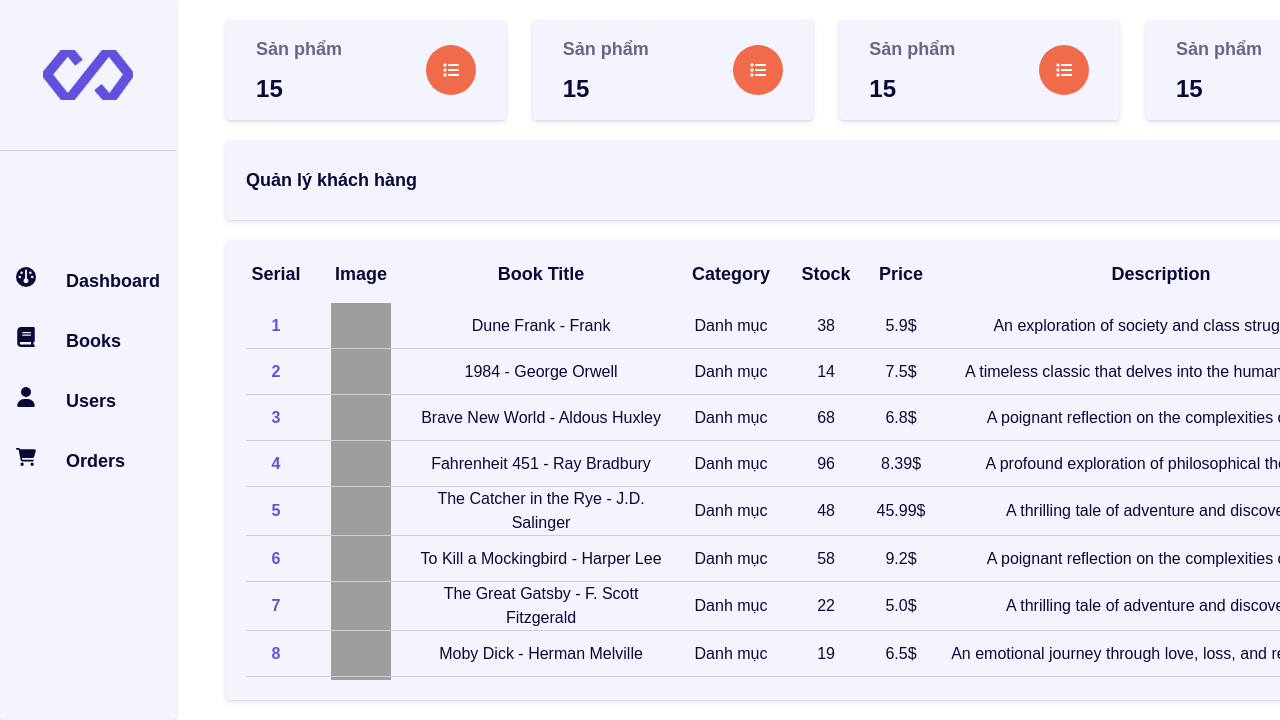
Repository: kauittt/BookStore_FE
Page: / (app in book-store/)
An editor plug-in stored every save of this project. The page is shown before and after the next save, followed by the edit.
The browser window is 1280 px wide. The pictures show the whole page.
Pictures or frames that could not be fetched are drawn as grey boxes. An inner scrolling area shows only its first screen. The project was rebuilt for these pictures with package versions that can differ from the ones it lists, and the page was loaded fresh each time. Also part of the build but not shown: book-store/vite.config.js, book-store/src/components/elements/FormInput.jsx, book-store/src/components/login-signup/Login.jsx, book-store/src/components/book/BookItem.jsx, book-store/src/components/book/BookList.jsx, book-store/src/components/elements/BackNavigation.jsx, book-store/src/components/book/BookDetail.jsx, book-store/src/components/cart/QuantitySelector.jsx and 4 more.

Above is the page before, as saved 2024-07-20 12:35:43.

### book-store/src/App.jsx
import Login from "./components/login-signup/Login";
import BookItem from "./components/book/BookItem";
import BookList from "./components/book/BookList";
import BookDetail from "./components/book/BookDetail";
import CartItem from "./components/cart/CartItem";
import Cart from "./components/cart/Cart";
import Checkout from "./components/checkout/Checkout";
import AdminNav from "./components/admin/AdminNav";
import ManageList from "./components/admin/ManageList";
import AdminPage from "./components/admin/AdminPage";
import Card from "./components/elements/Card";

const App = () => {
    //! Width - Height: 1536 - 703
    //! 270 - 255
    //! Width: 0.9
    //! Height: 0.585

    //* Semibold - Normal
    //* 3xl (Tiêu đề to) - lg (To hơn bình thường) - sm (Chú thích nhỏ) - Normal

    const data = [
        {
            image: "https://nhasachphuongnam.com/images/thumbnails/240/290/detailed/287/con-duong-hoi-giao-tb-2024.jpg",
            price: "5.9",
            name: "Dune Frank ",
            author: "Frank ",
        },
        {
            image: "https://i.pinimg.com/474x/57/70/55/5770553158ceac5870925fd79f9699eb.jpg",
            price: "7.5",
            name: "1984",
            author: "George Orwell",
        },
        {
            image: "https://listsach.com/wp-content/uploads/2020/05/bia-sach-dep-ngoi-nha-nghin-hanh-lang.jpg",
            price: "6.8",
            name: "Brave New World",
            author: "Aldous Huxley",
        },
        {
            image: "https://listsach.com/wp-content/uploads/2020/05/quyen-sach-co-bia-dep-khong-gia-dinh.jpg",
            price: "8.39",
            name: "Fahrenheit 451",
            author: "Ray Bradbury",
        },
        {
            image: "https://salt.tikicdn.com/cache/w1200/ts/product/03/ee/cc/9e91a112fb77049e9167f41ef62f832e.jpeg",
            price: "45.99",
            name: "The Catcher in the Rye",
            author: "J.D. Salinger",
        },
        {
            image: "https://intamphuc.vn/wp-content/uploads/2023/06/mau-bia-sach-dep-4.jpg",
            price: "9.2",
            name: "To Kill a Mockingbird",
            author: "Harper Lee",
        },
        {
            image: "https://vietart.co/blog/wp-content/uploads/2014/01/2_thiet_ke_bia_sach_dep_20.jpg",
            price: "5.0",
            name: "The Great Gatsby",
            author: "F. Scott Fitzgerald",
        },
        {
            image: "https://thegioidohoa.com/wp-content/uploads/2017/08/tong-hop-20-mau-bia-sach-doc-dao-nhat-nam-2017-7.jpg",
            price: "6.5",
            name: "Moby Dick",
            author: "Herman Melville",
        },
        {
            image: "https://encrypted-tbn0.gstatic.com/images?q=tbn:ANd9GcRVxy22da304ThgqLt9eKkHoYNLhIEgOL5vLCuA0X--bl323dKTKr0Q_H8tqkGQcfgcqA8&usqp=CAU",
            price: "7.8",
            name: "War and Peace",
            author: "Leo Tolstoy",
        },
        {
            image: "https://intamphuc.vn/wp-content/uploads/2023/06/mau-bia-sach-dep-2.jpg",
            price: "6.0",
            name: "Pride and Prejudice",
            author: "Jane Austen",
        },
    ];

    // Các mô tả mẫu để sử dụng
    const descriptions = [
        "A timeless classic that delves into the human psyche.",
        "An exploration of society and class struggles.",
        "A thrilling tale of adventure and discovery.",
        "A thought-provoking story that challenges conventional wisdom.",
        "A masterpiece of modern literature.",
        "A poignant reflection on the complexities of life.",
        "A gripping narrative that captivates the reader from start to finish.",
        "An emotional journey through love, loss, and redemption.",
        "A profound exploration of philosophical themes.",
        "An unforgettable story of courage and resilience.",
    ];

    // Hàm tạo số lượng ngẫu nhiên từ 1 đến 100
    function getRandomQuantity() {
        return Math.floor(Math.random() * 100) + 1;
    }

    // Hàm tạo mô tả ngẫu nhiên từ danh sách mô tả mẫu
    function getRandomDescription() {
        const index = Math.floor(Math.random() * descriptions.length);
        return descriptions[index];
    }

    // Tạo dữ liệu đa dạng cho mảng data
    const enhancedData = data.map((item) => ({
        ...item,
        quantity: getRandomQuantity(),
        description: getRandomDescription(),
    }));

    const detail = {
        image: "https://nhasachphuongnam.com/images/thumbnails/240/290/detailed/287/con-duong-hoi-giao-tb-2024.jpg",
        price: "5.9",
        name: "Dune",
        author: "Frank Herbert ",
        quantity: 10,
        description:
            "Contrary to popular belief, Lorem Ipsum is not simply random text. It has roots in a piece of classical Latin literature from 45 BC, making it over 2000 years old. Richard McClintock, a Latin professor at Hampden-Sydney College in Virginia, looked up one of the more obscure Latin words, consectetur, from a Lorem Ipsum passage, and going through the cites of the word in classical literature, discovered the undoubtable source. Lorem Ipsum comes from sections",
    };

    //! Sửa chổ quantity*price trong tính cart, checkout
    return (
        // container mx-auto
        <div className="text-text-normal  cursor-default select-none">
            {/* <Card name="Sản phẩm" quantity="15" icon={faList}></Card> */}

            <AdminPage books={enhancedData}></AdminPage>
            {/* <ManageList books={enhancedData}></ManageList> */}
            {/* <AdminNav></AdminNav> */}
            {/* <Checkout books={enhancedData}></Checkout> */}
            {/* <Cart books={enhancedData}></Cart> */}
            {/* <CartItem book={detail}></CartItem> */}
            {/* <BookDetail book={detail}></BookDetail> */}
            {/* <BookList title="Classic" books={data}></BookList> */}
            {/* <Login></Login> */}
        </div>
    );
};

export default App;

### book-store/src/index.css
@tailwind base;

* {
    scrollbar-width: thin;
}

@tailwind components;
@tailwind utilities;

.container {
    width: 100%;
}
@media (min-width: 640px) {
    .container {
        max-width: 640px;
    }
}
@media (min-width: 768px) {
    .container {
        max-width: 768px;
    }
    @media (min-width: 1024px) {
        .container {
            max-width: 1024px;
        }
    }
    @media (min-width: 1280px) {
        .container {
            max-width: 1280px;
        }
    }
    @media (min-width: 1400px) {
        .container,
        .container-lg,
        .container-md,
        .container-sm,
        .container-xl,
        .container-xxl {
            max-width: 1320px;
        }
    }
}

### book-store/src/components/admin/AdminNav.jsx
import PropTypes from "prop-types";
import { FontAwesomeIcon } from "@fortawesome/react-fontawesome";
import {
    faCartShopping,
    faUser,
    faBook,
    faGauge,
} from "@fortawesome/free-solid-svg-icons";

const AdminNav = () => {
    return (
        <div
            className="flex flex-col  gap-[100px]
            font-semibold text-lg  w-[260px]
            bg-bgr-main shadow-custom rounded"
        >
            <div
                className="w-full flex justify-center mt-[50px] pb-[50px]
            border-b border-border"
            >
                <img
                    src="./image/Logo.png"
                    alt="Logo"
                    className="w-[90px] h-[50px]  object-cover"
                />
            </div>

            <div>
                <div
                    className="p-[16px]
            transition-all duration-200 ease-in-out
            group hover:bg-bgr-white hover:shadow-custom rounded
            cursor-pointer"
                >
                    <p className="flex gap-[10px]">
                        <FontAwesomeIcon
                            className="mr-[20px] w-[20px] h-[20px]"
                            icon={faGauge}
                        />
                        Dashboard
                    </p>
                </div>
                <div
                    className="p-[16px]
            transition-all duration-200 ease-in-out
            group hover:bg-bgr-white hover:shadow-custom rounded
            cursor-pointer"
                >
                    <p className="flex gap-[10px]">
                        <FontAwesomeIcon
                            className="mr-[20px] w-[20px] h-[20px]"
                            icon={faBook}
                        />
                        Books
                    </p>
                </div>
                <div
                    className="p-[16px]
            transition-all duration-200 ease-in-out
            group hover:bg-bgr-white hover:shadow-custom rounded
            cursor-pointer"
                >
                    <p className="flex gap-[10px]">
                        <FontAwesomeIcon
                            className="mr-[20px]  w-[20px] h-[20px]"
                            icon={faUser}
                        />
                        Users
                    </p>
                </div>
                <div
                    className="p-[16px]
            transition-all duration-200 ease-in-out
            group hover:bg-bgr-white hover:shadow-custom rounded
            cursor-pointer"
                >
                    <p className="flex gap-[10px]">
                        <FontAwesomeIcon
                            className="mr-[20px] w-[20px] h-[20px]"
                            icon={faCartShopping}
                        />
                        Orders
                    </p>
                </div>
            </div>
        </div>
    );
};

AdminNav.propTypes = {
    book: PropTypes.object,
};
export default AdminNav;

### book-store/src/components/admin/ManageList.jsx
import React from "react";
import PropTypes from "prop-types";
import { FontAwesomeIcon } from "@fortawesome/react-fontawesome";
import {
    faCartShopping,
    faUser,
    faBook,
    faGauge,
} from "@fortawesome/free-solid-svg-icons";
import ManageItem from "./ManageItem";
import FormButton from "./../elements/FormButton";
const ManageList = (props) => {
    console.log(window.innerHeight);
    const category = [
        {
            group: "Order",
            fields: [
                { name: "Serial", width: "50px" },
                { name: "Customer Name", width: "150px" },
                { name: "Book Title", width: "150px" },
                { name: "Quantity", width: "100px" },
                { name: "Price", width: "100px" },
                { name: "Phone Number", width: "100px" },
                { name: "Address", flex: "1" }, // Use flex for flexible widths
            ],
        },
        {
            group: "Book",
            fields: [
                { name: "Serial", style: "w-[60px] text-center" },
                { name: "Image", style: "w-[80px] text-center" },
                { name: "Book Title", style: "w-[250px] text-center" },
                { name: "Category", style: "w-[100px] text-center" },
                { name: "Stock", style: "w-[60px] text-center" },
                { name: "Price", style: "w-[60px] text-center" },
                { name: "Description", style: "flex-1 text-center" },
            ],
        },
        {
            group: "User",
            fields: [
                { name: "Serial", width: "50px" },
                { name: "Username", width: "150px" },
                { name: "Name", width: "200px" },
                { name: "Role", width: "100px" },
                { name: "Email", width: "200px" },
                { name: "Phone Number", width: "150px" },
                { name: "Address", flex: "1" },
            ],
        },
    ];

    return (
        <div
            className="max-w-[1200px] w-[1200px] p-[20px] pr-[50px]
        flex flex-col gap-[15px] bg-bgr-main shadow-custom rounded
        overflow-y-auto"
        >
            {/*//* Category */}
            <div
                className="flex justify-between items-center gap-[15px]
            font-semibold text-lg"
            >
                {category[1].fields.map((field, index) => (
                    <p key={index} className={`${field.style} `}>
                        {field.name}
                    </p>
                ))}
            </div>

            {/*//* List Item */}
            <div className="flex flex-col max-h-full overflow-y-auto">
                {props.books.map((book, index) => (
                    <ManageItem
                        data={book}
                        category={category[1].fields}
                        key={index}
                        index={index}
                    ></ManageItem>
                ))}
            </div>

            {/* <div className="flex justify-end">
                <FormButton name="Checkout"></FormButton>
            </div> */}
        </div>
    );
};
ManageList.propTypes = {
    books: PropTypes.array,
};
export default ManageList;

### book-store/src/components/admin/AdminPage.jsx
import React from "react";
import PropTypes from "prop-types";
import ManageList from "./ManageList";
import AdminNav from "./AdminNav";
import Card from "./../elements/Card";
import ManageTitle from "./ManageTitle";
import { FontAwesomeIcon } from "@fortawesome/react-fontawesome";
import {
    faCircleUser,
    faCartShopping,
    faHandHoldingDollar,
    faList,
} from "@fortawesome/free-solid-svg-icons";

const AdminPage = (props) => {
    return (
        <div
            className="flex gap-[30px] justify-between
        max-h-screen overflow-hidden
        "
        >
            <AdminNav></AdminNav>
            <div className="flex flex-col gap-[20px] p-[20px] ">
                <div className="flex justify-between items-center ">
                    <Card name="Sản phẩm" quantity={15} icon={faList}></Card>
                    <Card name="Sản phẩm" quantity={15} icon={faList}></Card>
                    <Card name="Sản phẩm" quantity={15} icon={faList}></Card>
                    <Card name="Sản phẩm" quantity={15} icon={faList}></Card>
                </div>
                <ManageTitle
                    name="Quản lý khách hàng"
                    button="Add User"
                ></ManageTitle>
                <ManageList books={props.books}></ManageList>
            </div>
        </div>
    );
};

AdminPage.propTypes = {
    books: PropTypes.array,
};
export default AdminPage;

### book-store/src/components/elements/Card.jsx
import React from "react";
import PropTypes from "prop-types";
import { FontAwesomeIcon } from "@fortawesome/react-fontawesome";
import {
    faCircleUser,
    faCartShopping,
    faHandHoldingDollar,
    faList,
} from "@fortawesome/free-solid-svg-icons";
const Card = (props) => {
    return (
        <div
            className="flex items-center justify-between
            w-[280px] h-[100px] bg-bgr-main p-[30px]
        rounded shadow-custom"
        >
            <div className="flex flex-col gap-[10px]">
                <p className="text-lg text-text-light font-semibold">
                    {props.name}
                </p>
                <p className="text-2xl font-semibold">{props.quantity}</p>
            </div>
            <FontAwesomeIcon
                className="p-[17px] rounded-full
             bg-bgr-color text-text-white"
                icon={props.icon}
            />
            {/* <FontAwesomeIcon icon={faCartShopping} />
            <FontAwesomeIcon icon={faHandHoldingDollar} />
            <FontAwesomeIcon icon={faCircleUser} /> */}
        </div>
    );
};

Card.propTypes = {
    name: PropTypes.string,
    quantity: PropTypes.number,
    icon: PropTypes.object,
    color: PropTypes.string,
};
export default Card;

### book-store/src/components/elements/FormButton.jsx
import PropTypes from "prop-types";

const FormButton = ({
    name = "Button",
    main = true,
    type = "button",
    disabled = false,
    ...props
}) => {
    return (
        <button
            type={type}
            disabled={disabled}
            className={`m-w-[100px] w-[100px] m-h-[40px] h-[40px] leading-[40px]
            rounded text-lg font-semibold
            flex items-center justify-center
            cursor-pointer shadow-custom
            transition-all duration-200 ease-in-out
            bg-bgr-white
            ${main ? "bg-bgr-white" : "bg-bgr-white"}
            ${main ? "text-text-color" : "text-bgr-color"}
            ${
                main
                    ? "border border-text-color hover:bg-text-color hover:text-text-white"
                    : "border border-bgr-color hover:bg-bgr-color hover:text-text-white"
            }
            `}
            {...props}
        >
            {name}
        </button>
    );
};

FormButton.propTypes = {
    main: PropTypes.bool,
    name: PropTypes.string.isRequired,
    type: PropTypes.string,
    disabled: PropTypes.bool,
};

export default FormButton;

### book-store/src/components/admin/ManageItem.jsx
import PropTypes from "prop-types";
import { FontAwesomeIcon } from "@fortawesome/react-fontawesome";
import { faPen } from "@fortawesome/free-solid-svg-icons";

const ManageItem = (props) => {
    // STT | Tên khách | Tên sách | Số lượng | Giá     | Phone | Address
    // STT | Hình      | Tên sách | Danh mục | Tồn kho | Giá   | Mô tả
    // STT | Username  | Name     | Role     | Email   | Phone | Address

    const isImage = props.data.image ? true : false;
    // console.log(props.data);
    // console.log(props.category);

    return (
        <div
            className="flex justify-between  items-center
                gap-[15px] h-[80px] relative
                border-b border-border"
        >
            <p
                className={`${props.category[0].style} font-semibold text-text-color`}
            >
                {props.index + 1}
            </p>

            {isImage ? (
                <div
                    className={`${props.category[1].style} h-full
                flex items-center justify-center`}
                >
                    <img
                        className="w-[60px] h-full object-cover"
                        src={props.data.image}
                        alt="Image"
                    />
                </div>
            ) : (
                <p className={`${props.category[1].style} `}>Tăng Khải Minh</p>
            )}

            <p className={`${props.category[2].style} `}>
                {props.data.name + " - " + props.data.author}
            </p>

            <p className={`${props.category[3].style} `}>Danh mục</p>

            <p className={`${props.category[4].style} `}>
                {props.data.quantity}
            </p>

            <p className={`${props.category[5].style} `}>{props.data.price}$</p>

            <p className={`${props.category[6].style} relative`}>
                {props.data.description}
            </p>

            <div className="flex items-center relative">
                <FontAwesomeIcon
                    className="absolute right-[-40px] p-[10px] rounded cursor-pointer
                text-bgr-color
                transition-all duration-200 ease-in-out
                hover:bg-bgr-color hover:text-text-white  "
                    icon={faPen}
                />
            </div>
        </div>
    );
};
ManageItem.propTypes = {
    data: PropTypes.object,
    category: PropTypes.array,
    index: PropTypes.number,
};
export default ManageItem;

### book-store/src/components/admin/ManageTitle.jsx
import React from "react";
import PropTypes from "prop-types";
import FormButton from "./../elements/FormButton";

const ManageTitle = (props) => {
    return (
        <div
            className="flex justify-between items-center
        h-[80px] bg-bgr-main p-[20px]
            rounded shadow-custom"
        >
            <p className="font-semibold text-lg">{props.name}</p>
            <FormButton name={props.button}></FormButton>
        </div>
    );
};

ManageTitle.propTypes = {
    name: PropTypes.string,
    button: PropTypes.string,
};

export default ManageTitle;

### book-store/tailwind.config.js
/** @type {import('tailwindcss').Config} */
export default {
    content: ["./index.html", "./src/**/*.{js,ts,jsx,tsx}"],
    theme: {
        colors: {
            //* Background
            "bgr-main": "#F4F4FF",
            "bgr-color": "#EF6B4A", // Màu cam
            "bgr-color-hover": "#C2371E", // Darker for hover
            "bgr-white": "#FFFFFF",

            //* Text
            "text-normal": "#090937",
            "text-color": "#6251DD", // Màu tím
            "text-color-hover": "#4937B8", // Darker for hover
            "text-light": "#676787",
            "text-white": "#FFFFFF",
            "text-error": "#e74c3c", // Màu đỏ
            "text-error-hover": "#c0392b", // Darker for hover

            //* Border
            border: "#cfcfcf",
        },
        extend: {
            fontFamily: {
                sans: ["Manrope", "sans-serif"],
            },
            boxShadow: {
                custom: "rgba(50, 50, 105, 0.15) 0px 2px 5px 0px, rgba(0, 0, 0, 0.05) 0px 1px 1px 0px",
            },
        },
    },
    plugins: [],
};

Loaded but not shown: book-store/index.html (common file); book-store/src/main.jsx (common file)

After the next save:
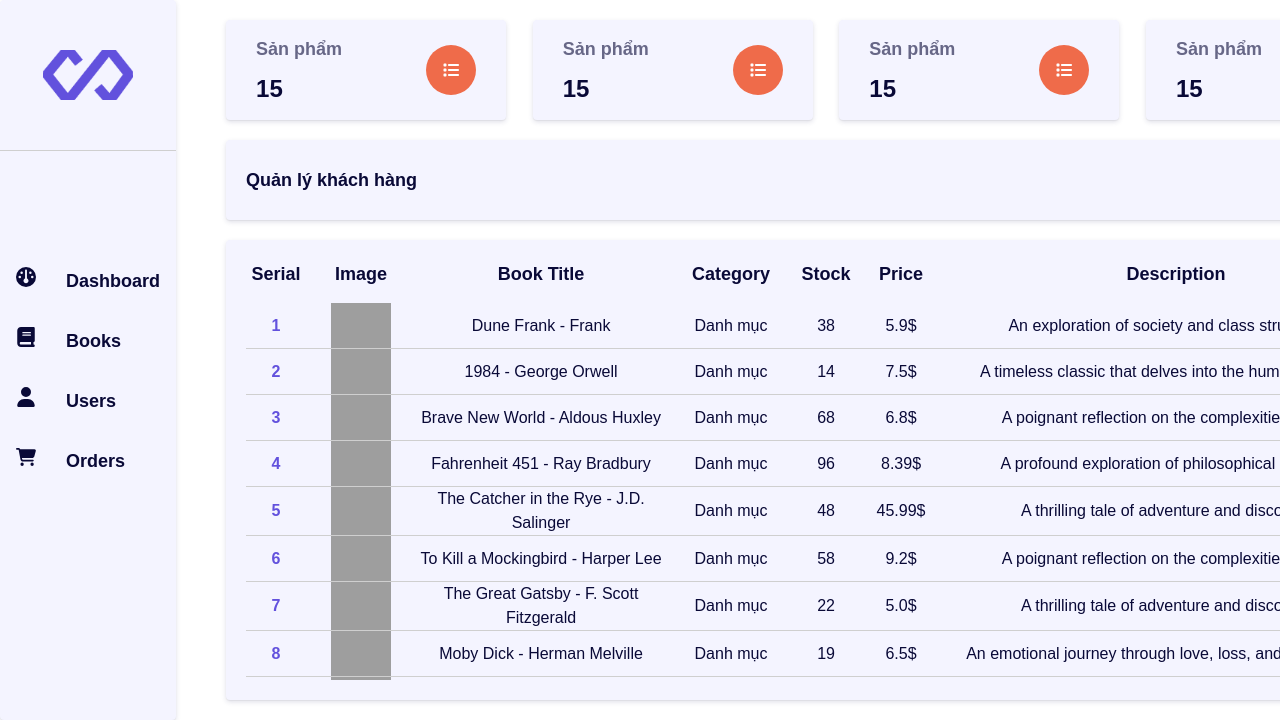
Saved 19 s later.
--- a/book-store/src/components/admin/ManageList.jsx
+++ b/book-store/src/components/admin/ManageList.jsx
@@ -52,7 +52,7 @@ const ManageList = (props) => {
 
     return (
         <div
-            className="max-w-[1200px] w-[1200px] p-[20px] pr-[50px]
+            className="max-w-[1200px] w-[1200px] p-[20px]
         flex flex-col gap-[15px] bg-bgr-main shadow-custom rounded
         overflow-y-auto"
         >
